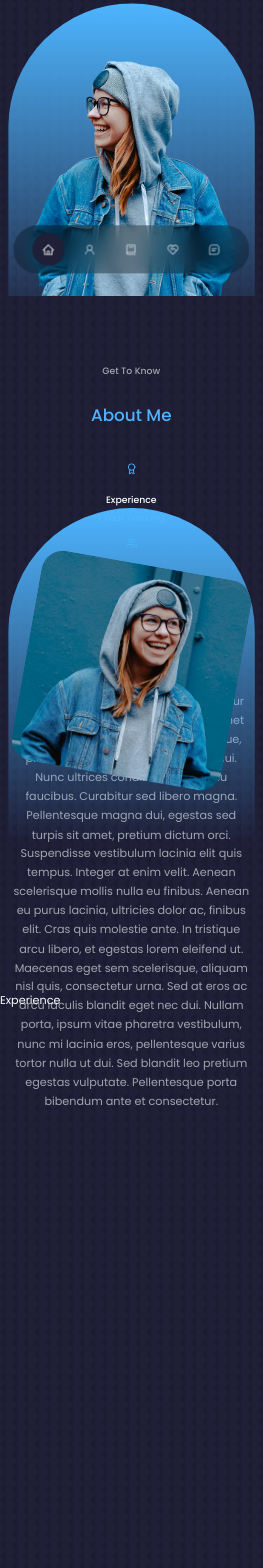
Repository: smallchungus/resumeWebsite
Page: / (app in hello/)
These files come from the project's save history. The page is drawn as it stood at one moment and after a run of saves; the edit follows.
The browser window is 375 px wide. The pictures show the part of the page from y = 377 to 2617 px (the page is 6203 px tall), at 70% of full size.
The project was rebuilt for these pictures with package versions that can differ from the ones it lists, and the page was loaded fresh each time. Also part of the build but not shown: hello/src/components/experience/experience.css, hello/src/components/portfolio/portfolio.css, hello/src/components/contact/contact.css, hello/src/components/footer/footer.css. Imported but missing from the stored project, and not drawn on this page: hello/src/assets/cv.pdf.

Above is the page before, as saved 2023-03-23 18:18:02.

### hello/public/index.html
<!DOCTYPE html>
<html lang="en">

<head>
    <meta charset="UTF-8">
    <meta http-equiv="X-UA-Compatible" content="IE=edge">
    <meta name="viewport" content="width-device-width, initial-scale=1.0">
    <title>Resume Portfolio Website</title>
</head>
<body>
    <div id="root"></div>
</body>
</html>

### hello/src/App.jsx
import React from 'react'
import Header from './components/header/Header'
import Nav from './components/nav/Nav'
import About from './components/about/About'
import Experience from './components/experience/Experience'
import Services from './components/services/Services'
import Portfolio from './components/portfolio/Portfolio'
import Testimonial from './components/testimonial/Testimonial'
import Contact from './components/contact/Contact'
import Footer from './components/footer/Footer'

const App = () => {
  return (
    <>
    <Header />
    <Nav />
    <About />
    <Experience />
    <Services />
    <Portfolio />
    <Testimonial />
    <Contact />
    <Footer />
    </>
  )
}

export default App

### hello/src/index.css
@import url('https://fonts.googleapis.com/css2?family=Poppins:wght@300;400;500;600&display=swap');

*{
    margin: 0;
    padding: 0;
    border :0;
    outline: 0;
    box-sizing: border-box;
    list-style: none;
    text-decoration: none;

}

:root {
    --color-bg: #1f1f38;
    --color-bg-variant: #2c2c6c;
    --color-primary: #4db5ff;
    --color-primary-variant: rgba(77, 181, 255, 0.4);
    --color-white: #fff;
    --color-light: rgba(255,255,255,0.6);

    --transition: all 400ms ease;

    --container-width-lg: 75%;
    --container-width-md: 86%;
    --container-width-sm: 90%;

}

html{
    scroll-behavior: smooth;
}

body{
    font-family: 'Poppins', sans-serif;
    background: var(--color-bg);
    color: var(--color-white);
    line-height: 1.7;
    background-image: url(../src/assets/bg-texture.png)
}

/* ======================= General Styles =================*/

.container{
    width: var(--container-width-lg);
    margin: 0 auto;
}

h1,h2,h3,h4,h5{
    font-weight: 500;
}

h1{
    font-size:2.5rem;

}

section {
    margin-top: 8rem;
    height: 100vh;
}

section > h2, section > h5 {
    text-align: center;
    color: var(--color-light);
}

section > h2 {
    color: var(--color-primary);
    margin-bottom: 3rem;
}

.text-light{
    color:var(--color-light);
}

a{
    color: var(--color-primary);
    transition: var(--transition);
}

a:hover{
    color: var(--color-white);
}

.btn{
    width: max-content;
    display: inline-block;
    color: var(--color-primary);
    padding: 0.75rem 1.2rem;
    border-radius: 0.4rem;
    cursor: pointer;
    border: 1px solid var(--color-primary);
    transition: var( --transition );
}

.btn:hover{
    background: var(--color-white);
    color: var(--color-bg);
    border-color: transparent;
}

.btn-primary{
    background: var(--color-primary);
    color: var(--color-bg);
}

img{
    display: block;
    width: 100%;
    object-fit: cover;
}


/*==================Media Queries (Medium Devices ) ============= */
@media screen and (max-width: 1024px) {
    .container{
        width: var(--container-width-md);
    }

    section{
        margin-top: 6rem;
    }
}

/*==================Media Queries (Small Devices ) ============= */
@media screen and (max-width: 600px) {
    .container{
        width: var(--container-width-sm);
    }

    section > h2{
        margin-top: 2rem;
    }
}

### hello/src/components/header/Header.jsx
import React from 'react'
import './header.css'
import CTA from './CTA'
import ME from '../../assets/me.png'
import HeaderSocials from './HeaderSocials'
const Header = () => {
  return (
    <header>
      <div className="container header_container">
        <h5>Hello I'm</h5>
        <h1>William Chen</h1>
        <h5 className='text-light'>Fullstack Developer</h5>
        <CTA />
        <HeaderSocials/>

        <div className="me">
          <img src={ME} alt="me" />
        </div>

        <a href='#contact' className='scroll_down'>Scroll down</a>
      </div>
    </header>
  )
}

export default Header

### hello/src/components/nav/Nav.jsx
import React from 'react'
import './nav.css'
import {AiOutlineHome} from 'react-icons/ai'
import {AiOutlineUser}  from 'react-icons/ai'
import {BiBook} from 'react-icons/bi'
import {RiServiceLine} from 'react-icons/ri'
import {BiMessageSquareDetail} from 'react-icons/bi'
import {useState} from 'react'

const Nav = () => {
  const[activeNav, setActiveNav] = useState('#');
  return (
    <nav>
      <a href="#" onClick={() => setActiveNav('#')} className={activeNav === '#' ? 'active' : ''}><AiOutlineHome/></a>
      <a href="#about" onClick={() => setActiveNav('#about')} className={activeNav === '#about' ? 'active' : ''}><AiOutlineUser/></a>
      <a href="#experience" onClick={() => setActiveNav('#experience')} className={activeNav === '#experience' ? 'active' : ''}><BiBook/></a>
      <a href="#services" onClick={() => setActiveNav('#services')} className={activeNav === '#services' ? 'active' : ''}><RiServiceLine/></a>
      <a href="#contact" onClick={() => setActiveNav('#contact')} className={activeNav === '#contact' ? 'active' : ''}><BiMessageSquareDetail/></a>
    </nav>
  )
}

export default Nav

### hello/src/components/about/About.jsx
import React from 'react'
import './about.css'
import ME from '../../assets/me-about.jpg'
import {FiAward} from 'react-icons/fi'
import {FiUsers} from 'react-icons/fi'
import {VscFolderLibrary} from 'react-icons/vsc'

const About = () => {
  return (
    <section id='about'>
      <h5>Get To Know </h5>
      <h2>About Me</h2>

      <div className="container about_container">
        <div className="about me" >
          <div className="about_me-image">
          <img src={ME} alt="About Image" />
          </div>
        </div>

        <div className="about_content">
          <div className="about_cards">
            <article classNane="about_card">
              <FiAward className='about_icon'/>
              <h5>Experience</h5>
              <small>1 Year Working</small>
            </article>

            <article classNane="about_card">
              <FiUsers className='about_icon'/>
              <h5>Clients</h5>
              <small>200+ clients worldwide</small>
            </article>

            <article classNane="about_card">
              <VscFolderLibrary className='about_icon'/>
              <h5>Projects</h5>
              <small>80+ completed</small>
            </article>
          </div>

          <p>
          Lorem ipsum dolor sit amet, consectetur adipiscing elit. Etiam lacinia nisl sit amet placerat gravida. Phasellus nibh neque, placerat in faucibus
          id, eleifend id dui. Nunc ultrices condimentum elit eu faucibus. Curabitur sed libero magna. Pellentesque magna dui, egestas sed turpis
          sit amet, pretium dictum orci. Suspendisse vestibulum lacinia elit quis tempus. Integer at enim velit. Aenean scelerisque mollis nulla eu finibus. Aenean eu purus lacinia, ultricies dolor ac, finibus elit.
          Cras quis molestie ante. In tristique arcu libero, et egestas lorem eleifend ut. Maecenas eget sem scelerisque, aliquam nisl quis, consectetur urna. Sed at eros ac arcu iaculis blandit eget nec dui. Nullam porta,
          ipsum vitae pharetra vestibulum, nunc mi lacinia eros, pellentesque varius tortor nulla ut dui. Sed blandit leo pretium egestas vulputate. Pellentesque porta bibendum ante et consectetur.



          </p>


        </div>

      </div>

    </section>
  )
}

export default About

### hello/src/components/experience/Experience.jsx
import React from 'react'
import './experience.css'
const Experience = () => {
  return (
    <section id='experience'>Experience</section>
  )
}

export default Experience

### hello/src/components/portfolio/Portfolio.jsx
import React from 'react'
import './portfolio.css'


const Portfolio = () => {
  return (
    < section id='portfolio'>Portfolio</section>
  )
}

export default Portfolio

### hello/src/components/testimonial/Testimonial.jsx
import React from 'react'
import './testimonial.css'
const Testimonial = () => {
  return (
    <section id='testimonials'>Testimonial</section>
  )
}

export default Testimonial

### hello/src/components/contact/Contact.jsx
import React from 'react'
import './contact.css'
const Contact = () => {
  return (
    <section id='contact'>Contact</section>
  )
}

export default Contact

### hello/src/components/header/header.css
header {
    height: 100vh;
    padding-top: 7rem;
    overflow: hidden;
}

.header_container{
    text-align: center;
    height: 100%;
    position: relative;
}

/*========================= CTA ======================= */
.cta {
    margin-top: 2.5rem;
    display: flex;
    gap: 1.2rem;
    justify-content: center;

}

/* ======================= Header Socials ==================== */
.header_socials {
    display: flex;
    flex-direction: column;
    align-items: center;
    gap: 0.8rem;
    position: absolute;
    left: 0;
    bottom: 3rem;

}

.header_socials::after{
    content: '';
    width: 1px;
    height: 2rem;
    background: var(--color-primary);
}

/* ===================== ME ==================*/

.me{
    background: linear-gradient(var(--color-primary), transparent);
    width: 22rem;
    height: 30rem;
    position: absolute;
    left: calc(50% - 11rem);
    margin-top: 4rem;
    border-radius: 12rem 12rem 0 0;
    overflow: hidden;
    padding: 5rem 1.5rem 1.5rem 1.5rem;

}

.scroll_down {
    position: absolute;
    right: -2.3rem;
    bottom: 5rem;
    transform: rotate(90deg);
    font-weight: 300;
    font-size: 0.9rem;
}

@media screen and (max-width: 600px) {
    header {
        height: 100vh;
    }
}

@media screen and (max-width: 600px)
{
    header {
        height: 100vh;
    }

    .header_socials, .scroll_down{
        display: none;
    }
}

### hello/src/components/header/CTA.jsx
import React from 'react'
import CV from '../../assets/cv.pdf'
const CTA = () => {
  return (
    <div className ='cta'>
        <a href={CV} download className='btn'>Download CV</a>
        <a href="#contact" className='btn btn-primary'>Let's Talk</a>
    </div>
  )
}

export default CTA

### hello/src/components/header/HeaderSocials.jsx
import React from 'react'
import {BsLinkedin} from 'react-icons/bs'
import {BsGithub} from 'react-icons/bs'
import {AiFillDribbbleSquare} from 'react-icons/ai'
const HeaderSocials = () => {
  return (
    <div className='header_socials'>
        <a href="https://linkedin.com/willchenn" target="_blank"><BsLinkedin></BsLinkedin></a>
        <a href="https://github.com/smallchungus" target="_blank"><BsGithub></BsGithub></a>
        <a href="https://dribble.com/" target="_blank"><AiFillDribbbleSquare></AiFillDribbbleSquare></a>
        </div>
  )
}

export default HeaderSocials

### hello/src/components/nav/nav.css
nav {
    background: rgba(0, 0, 0, 0.3);
    width: max-content;
    display: block;
    padding: 0.7rem 1.7rem;
    z-index: 2;
    position: fixed;
    left: 50%;
    transform: translateX(-50%);
    bottom: 2rem;
    display: flex;
    gap: 0.8rem;
    border-radius: 3rem;
    backdrop-filter: blur(15px);
}

nav a{
    background: transparent;
    padding: 0.9rem;
    border-radius: 50%;
    display: flex;
    color: var(--color-light);
    font-size: 1.1rem;
}

nav a:hover{
    background: rgba(0,0,0,0.3);
}

nav a.active {
    background: var(--color-bg);
    color: var(--color-white);
}

### hello/src/components/about/about.css
.about_container {
    display: grid;
    grid-template-columns: 35% 50%;
    gap: 15%;
}

.about_me {
    width: 100%;
    aspect-ratio: 1/1;
    border-radius: 2rem;
    background: linear-gradient(
        45deg,
        transparent,
        var(--color-primary),
        transparent
    );
    display: grid;
    place-items: center;
}

.about_me-image{
    border-radius: 2rem;
    overflow: hidden;
    transform: rotate(10deg);
    transition: var(--transition);

}

.about_me-image:hover{
    transform: rotate(0);
}

.about_cards{
    display: grid;
    grid-template-columns: repeat(3, lfr);
    gap: 1.5rem;
}

.about_card {
    background: var(--color-bg-variant);
    border: 1px solid transparent;
    border-radius: 1rem;
    padding: 2rem;
    text-align: center;
    transition: var(--transition);
}

.about_card:hover {
    background: transparent;
    border-color: var(--color-primary-variant);
    cursor: default;
}

.about_icon {
    color: var(--color-primary);
    font-size: 1.4 rem;
    margin-bottom: 1rem;
}

.about_card h5 {
    font-size: 0.95rem;
}

.about_card small {
    font-size: 0.7 rem;
    color: var(--color-light);
}

.about_content p {
    margin: 2rem 0 2.6 rem;
    color: var(--color-light);
}

@media screen and (max-width: 1024px) {
    .about_container {
        grid-template-columns: 1fr;
        gap: 0;
    }

    .about_me {
        width: 50%;
        margin: 2rem auto 4rem;
    }

    .about_content p{
        margin: 1rem 0 1.5rem;
    }
}

@media screen and (max-width: 600px )
{
    .about_me{
        width: 65%;
        margin: 0 auto 3rem;
    }
    .about_cards {
        grid-template-columns: repeat(1fr 1fr);
        gap: 1rem;
    }
    .about_content {
        text-align: center;
    }
    .about_content p {
        margin: 1.5rem 0;
    }
}

Loaded but not shown: hello/src/index.js (common file); hello/src/components/services/Services.jsx (common file); hello/src/components/footer/Footer.jsx (common file); hello/src/components/services/services.css (no stored copy; drawn as an empty file); hello/src/components/testimonial/testimonial.css (no stored copy; drawn as an empty file)

After the next 2 saves:
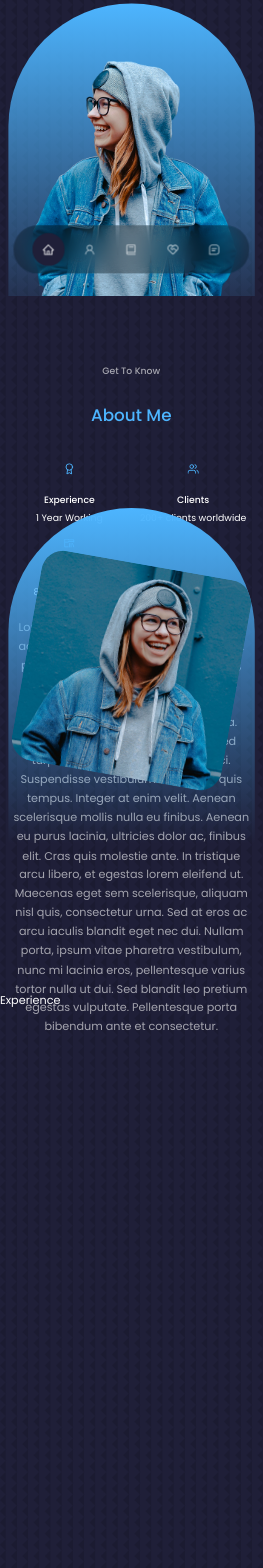
The 2 saves are shown as one change because they came seconds apart.
The last was saved 6 s later.
--- a/hello/src/components/about/about.css
+++ b/hello/src/components/about/about.css
@@ -94,7 +94,7 @@
         margin: 0 auto 3rem;
     }
     .about_cards {
-        grid-template-columns: repeat(1fr 1fr);
+        grid-template-columns: 1fr 1fr;
         gap: 1rem;
     }
     .about_content {
